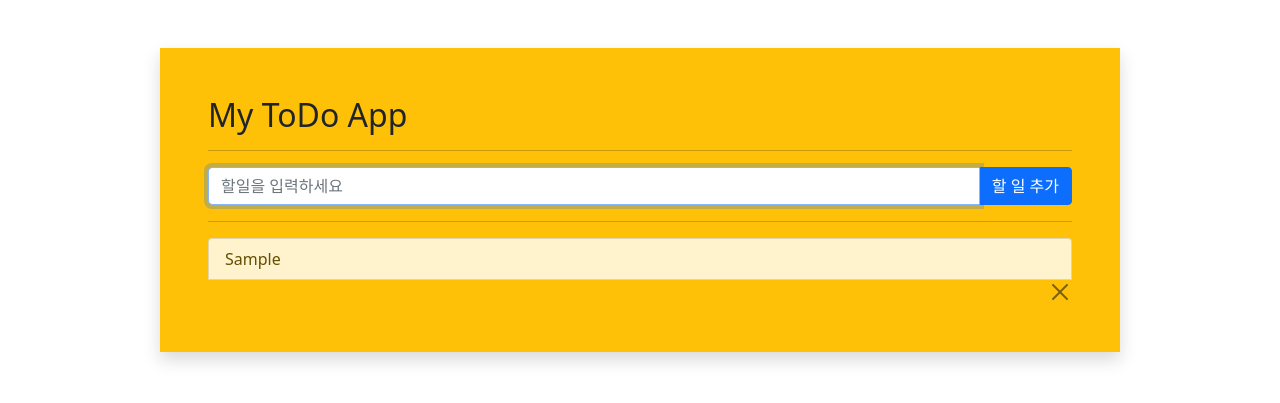
Repository: kiyongee2/kh-jsp
Page: http://localhost/jwbook/ch03/todolist.jsp
An editor plug-in stored every save of this project. The page is shown before and after the next save, followed by the edit.
The browser window is 1280 px wide. The pictures show the whole page.
Empty fields were first filled with sample values (such as "Sample", 5 or name@example.com).
After loading, the first visible `button.btn` was clicked once.
The page is served by Tomcat 9.

Above is the page before, as saved 2023-11-18 09:38:00.

After the next save:
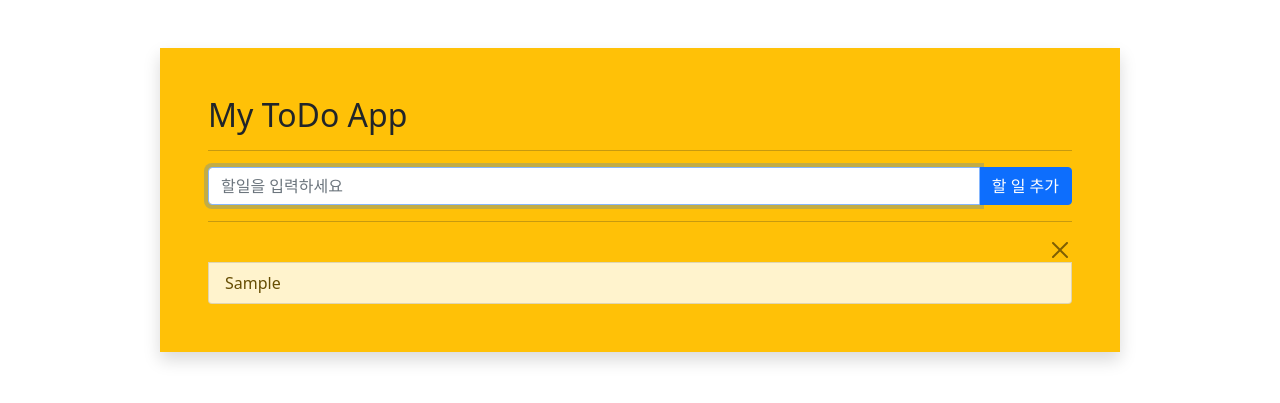
Saved 32 s later.
--- a/jwbook/src/main/webapp/ch03/todolist.jsp
+++ b/jwbook/src/main/webapp/ch03/todolist.jsp
@@ -33,10 +33,10 @@
 			xbtn.className = "btn-close ms-auto";
 
 			listitem.innerText = todo.value;
+			//ul에 button 붙이기
+			list.appendChild(xbtn);
 			//ul에 li 붙이기
 			list.appendChild(listitem);
-			//ul에 button 붙이기
-			list.appendChild(xbtn);
 
 			//입력칸 비우기 및 포커스 이동
 			todo.value = "";
